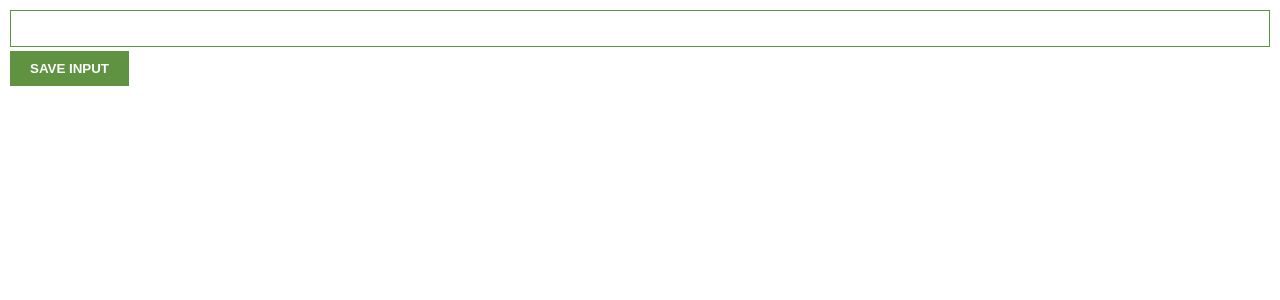
Repository: inno03/Chrome-clone-extension-app
Page: index.html
These files come from the project's save history. The page is drawn as it stood at one moment and after a run of saves; the edit follows.
The browser window is 1280 px wide. The pictures show the whole page.

Above is the page before, as saved 2023-03-09 22:18:00.

### index.html
<html>
    <head>
        <link rel="stylesheet" href="index.css">
    </head>
    <body>
        <input type="text" id="input-el">
        <button id="input-btn">SAVE INPUT</button>
        <ul id="ul-el"></ul>
        <script src="index.js"></script>
    </body>
</html>

### index.css
body {
    margin: 0;
    padding: 10px;
    font-family: Arial, Helvetica, sans-serif;
    min-width: 400px;
}

input {
    width: 100%;
    padding: 10px;
    box-sizing: border-box;
    border: 1px solid #5f9341;
    margin-bottom: 4px;
}

button {
    background: #5f9341;
    color: white;
    padding: 10px 20px;
    border: none;
    font-weight: bold;
}



ul {
    margin-top: 20px;
    list-style: none;
    padding-left: 0;
}

li {
    margin-top: 5px;
}

a {
    color: #5f9341;
}

### index.js
let myLeads = []
const inputEl = document.getElementById("input-el")
const inputBtn = document.getElementById("input-btn")
const ulEl = document.getElementById("ul-el")


let leadsFromLocalStorage = JSON.parse( localStorage.getItem("myLeads") )
console.log(leadsFromLocalStorage)


if (leadsFromLocalStorage) {
    myLeads = leadsFromLocalStorage
    renderLeads()
}

inputBtn.addEventListener("click", function() {
    myLeads.push(inputEl.value)
    inputEl.value = ""
    localStorage.setItem("myLeads", JSON.stringify(myLeads) )
    renderLeads()
})

function renderLeads() {
    let listItems = ""
    for (let i = 0; i < myLeads.length; i++) {
        listItems += `
            <li>
                <a target='_blank' href='${myLeads[i]}'>
                    ${myLeads[i]}
                </a>
            </li>
        `
    }
    ulEl.innerHTML = listItems
}

After the next 2 saves:
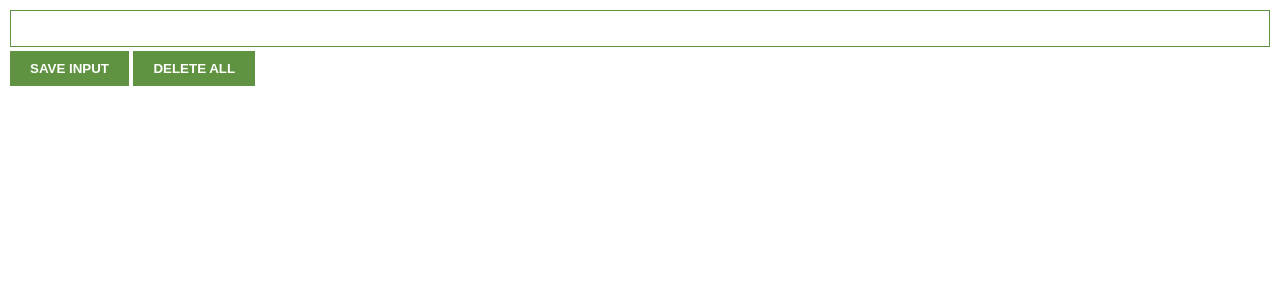
The 2 saves are shown as one change because they came seconds apart.
The last was saved 3 min 21 s later.
--- a/index.html
+++ b/index.html
@@ -5,6 +5,7 @@
     <body>
         <input type="text" id="input-el">
         <button id="input-btn">SAVE INPUT</button>
+        <button>DELETE ALL</button>
         <ul id="ul-el"></ul>
         <script src="index.js"></script>
     </body>
